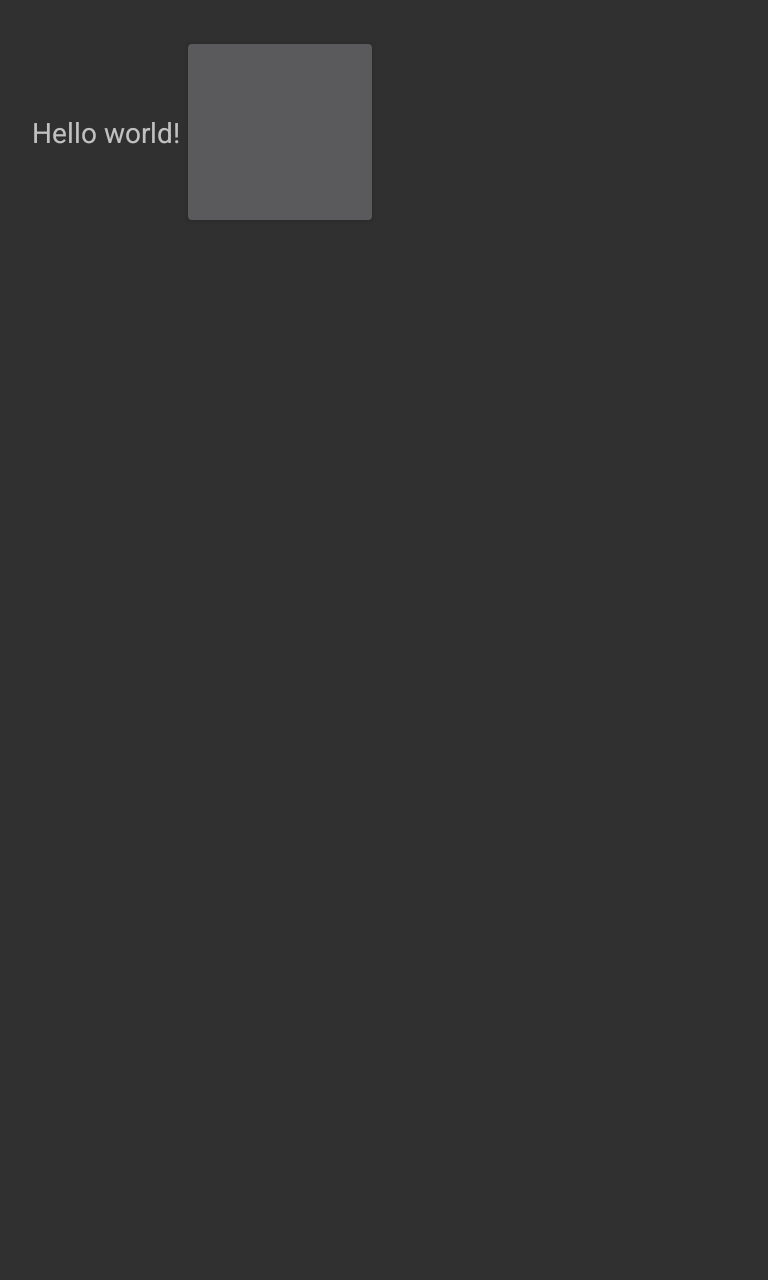
Repository: CarathrynBeutel/CSCI-448
Layout: Project 2/workspace/TicTacToe/res/layout/activity_main.xml
The author's editor kept a copy of each file at every save. The layout is drawn from the files as they stood at one save, then again after the next save.
It is drawn on a 768 x 1280 px phone screen (xhdpi) without system bars, with theme Theme.AppCompat; the app's code is not run.

Above is the layout before, as saved 2015-03-29 18:46:18.

After the next save:
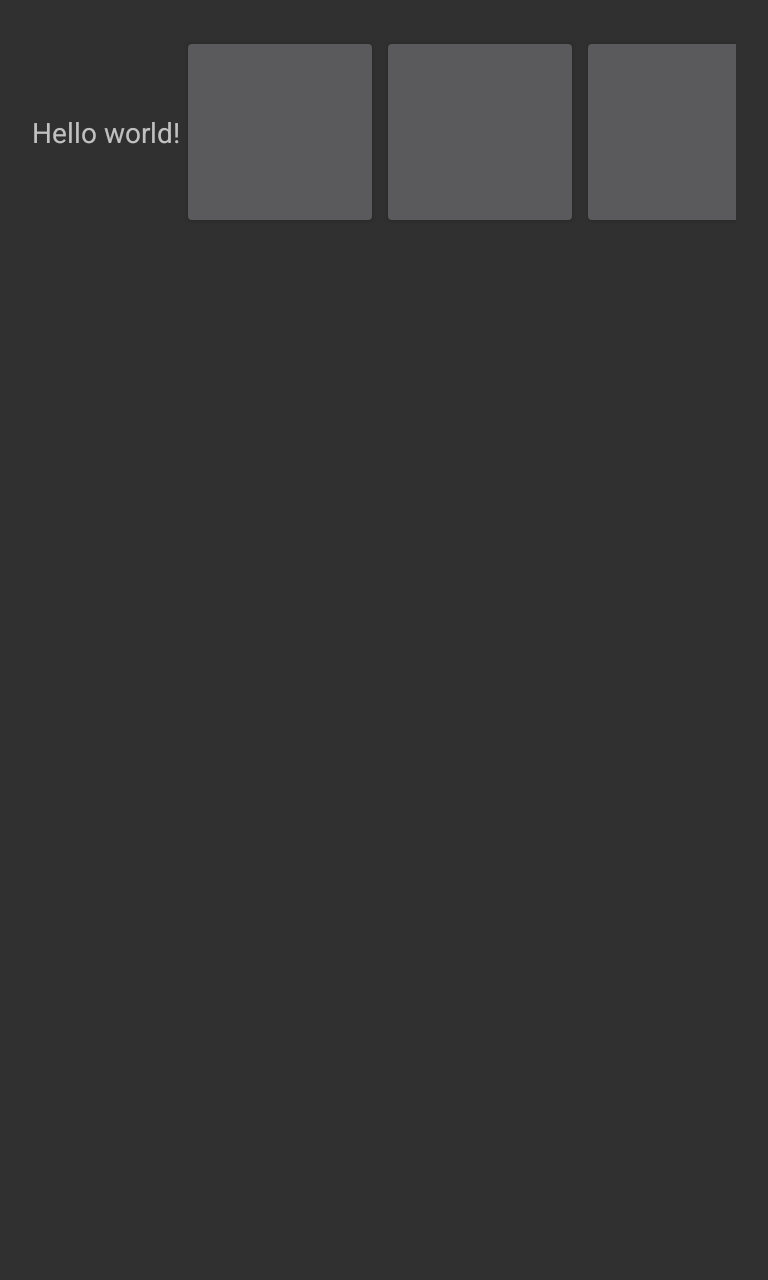
Saved 46 s later.
--- a/Project 2/workspace/TicTacToe/res/layout/activity_main.xml
+++ b/Project 2/workspace/TicTacToe/res/layout/activity_main.xml
@@ -19,4 +19,52 @@
         android:text=""
         android:onClick="onButtonClick" />
 
+    <Button android:id="@+id/button2"
+        android:layout_width="100dp"
+        android:layout_height="100dp"
+        android:text=""
+        android:onClick="onButtonClick" />
+
+    <Button android:id="@+id/button3"
+        android:layout_width="100dp"
+        android:layout_height="100dp"
+        android:text=""
+        android:onClick="onButtonClick" />
+
+    <Button android:id="@+id/button4"
+        android:layout_width="100dp"
+        android:layout_height="100dp"
+        android:text=""
+        android:onClick="onButtonClick" />
+
+    <Button android:id="@+id/button5"
+        android:layout_width="100dp"
+        android:layout_height="100dp"
+        android:text=""
+        android:onClick="onButtonClick" />
+
+    <Button android:id="@+id/button6"
+        android:layout_width="100dp"
+        android:layout_height="100dp"
+        android:text=""
+        android:onClick="onButtonClick" />
+
+    <Button android:id="@+id/button7"
+        android:layout_width="100dp"
+        android:layout_height="100dp"
+        android:text=""
+        android:onClick="onButtonClick" />
+
+    <Button android:id="@+id/button8"
+        android:layout_width="100dp"
+        android:layout_height="100dp"
+        android:text=""
+        android:onClick="onButtonClick" />
+
+    <Button android:id="@+id/button9"
+        android:layout_width="100dp"
+        android:layout_height="100dp"
+        android:text=""
+        android:onClick="onButtonClick" />
+
 </LinearLayout>
